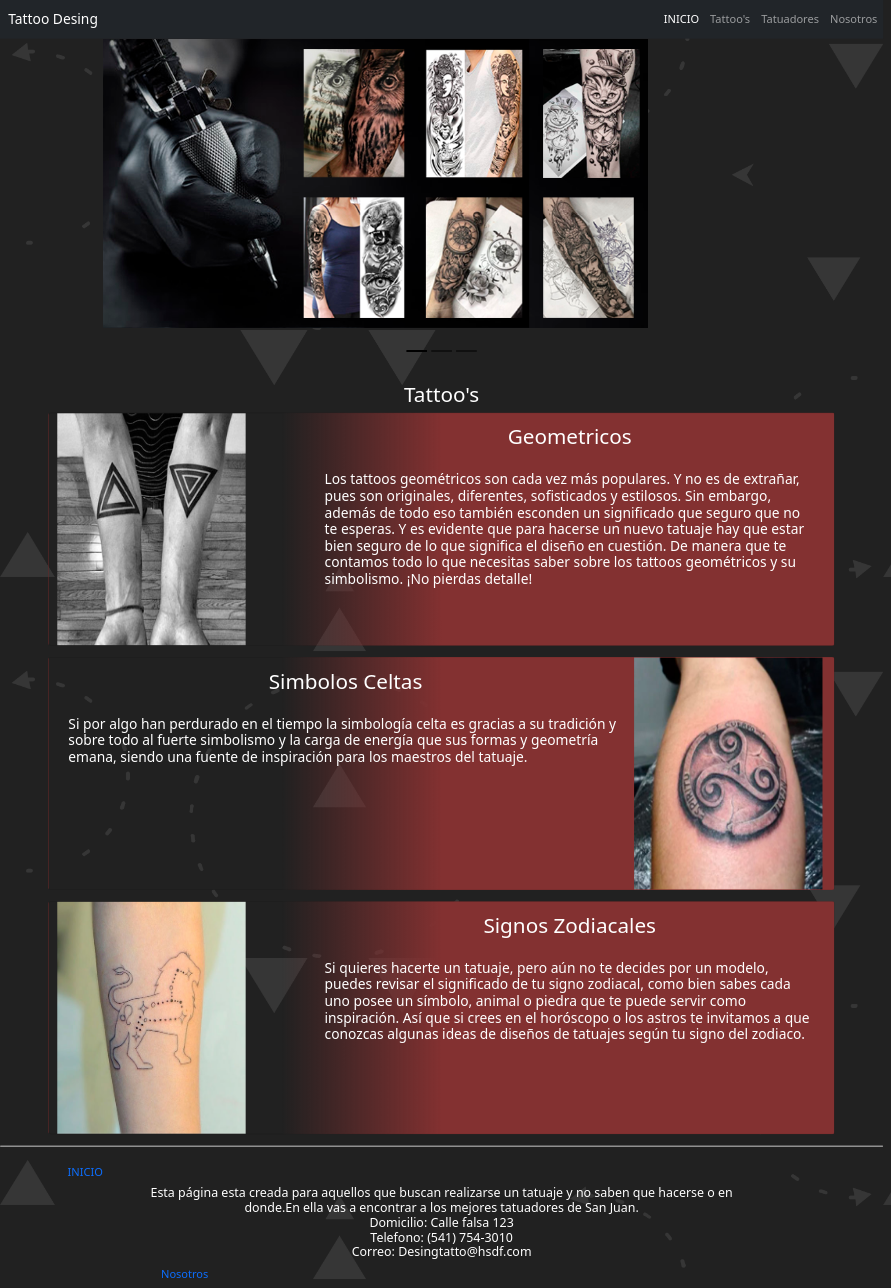
Repository: Vladimir-22/TatooDesign
Page: index.html
An editor plug-in stored every save of this project. The page is shown before and after the next save, followed by the edit.
The browser window is 1280 px wide. The page is 1292 px wide, so the pictures cover 1292 px, including what lies to the right of the window. The pictures show the whole page, at 69% of full size.
Some web libraries are served in a nearby version.

Above is the page before, as saved 2021-05-19 22:18:24.

### index.html
<!DOCTYPE html>
<html lang="es">
  <head>
    <meta charset="UTF-8" />
    <meta http-equiv="X-UA-Compatible" content="IE=edge" />
    <meta name="viewport" content="width=device-width, initial-scale=1.0" />
    <link
      href="https://cdn.jsdelivr.net/npm/bootstrap@5.0.0-beta3/dist/css/bootstrap.min.css"
      rel="stylesheet"
      integrity="sha384-eOJMYsd53ii+scO/bJGFsiCZc+5NDVN2yr8+0RDqr0Ql0h+rP48ckxlpbzKgwra6"
      crossorigin="anonymous"
    />
    <script
      src="https://cdn.jsdelivr.net/npm/bootstrap@5.0.0-beta3/dist/js/bootstrap.bundle.min.js"
      integrity="sha384-JEW9xMcG8R+pH31jmWH6WWP0WintQrMb4s7ZOdauHnUtxwoG2vI5DkLtS3qm9Ekf"
      crossorigin="anonymous"
    ></script>
    <script
      src="https://cdn.jsdelivr.net/npm/bootstrap@5.0.0-beta3/dist/js/bootstrap.bundle.min.js"
      integrity="sha384-JEW9xMcG8R+pH31jmWH6WWP0WintQrMb4s7ZOdauHnUtxwoG2vI5DkLtS3qm9Ekf"
      crossorigin="anonymous"
    ></script>
    <script
      src="https://cdn.jsdelivr.net/npm/@popperjs/core@2.9.1/dist/umd/popper.min.js"
      integrity="sha384-SR1sx49pcuLnqZUnnPwx6FCym0wLsk5JZuNx2bPPENzswTNFaQU1RDvt3wT4gWFG"
      crossorigin="anonymous"
    ></script>
    <script
      src="https://cdn.jsdelivr.net/npm/bootstrap@5.0.0-beta3/dist/js/bootstrap.min.js"
      integrity="sha384-j0CNLUeiqtyaRmlzUHCPZ+Gy5fQu0dQ6eZ/xAww941Ai1SxSY+0EQqNXNE6DZiVc"
      crossorigin="anonymous"
    ></script>
    <link
      rel="stylesheet"
      href="https://use.fontawesome.com/releases/v5.8.1/css/all.css"
      integrity="sha384-50oBUHEmvpQ+1lW4y57PTFmhCaXp0ML5d60M1M7uH2+nqUivzIebhndOJK28anvf"
      crossorigin="anonymous"
    />
    <link rel="stylesheet" href="css/styles.css" />
    <title>Tattoo Desing</title>
  </head>

  <body>
    <nav class="navbar navbar-expand-lg navbar-dark bg-dark">
      <div class="container-fluid">
        <!-- <i class="fas fa-bars"></i> -->

        <div class="col-md-9">
          <a class="navbar-brand" href="#">Tattoo Desing</a>

          <button
            class="navbar-toggler"
            type="button"
            data-bs-toggle="collapse"
            data-bs-target="#navbarNav"
            aria-controls="navbarNav"
            aria-expanded="false"
            aria-label="Toggle navigation"
          >
            <span class="navbar-toggler-icon"></span>
          </button>
        </div>

        <div class="col-md-3 collapse navbar-collapse" id="navbarNav">
          <ul class="navbar-nav">
            <li class="nav-item">
              <a class="nav-link active" aria-current="page" href="#">INICIO</a>
            </li>
            <li class="nav-item">
              <a class="nav-link" href="tattoo's.html">Tattoo's</a>
            </li>
            <li class="nav-item">
              <a class="nav-link" href="tatuadores.html">Tatuadores</a>
            </li>
            <li class="nav-item">
              <a
                class="nav-link"
                href="nosotros.html"
                tabindex="-1"
                aria-disabled="true"
                >Nosotros</a
              >
            </li>
          </ul>
        </div>
      </div>
    </nav>

    <div class="container">
      <div class="row" id="carrusel">
        <div
          id="carouselExampleDark"
          class="carousel carousel-dark slide"
          data-bs-ride="carousel"
        >
          <div class="carousel-indicators">
            <button
              type="button"
              data-bs-target="#carouselExampleDark"
              data-bs-slide-to="0"
              class="active"
              aria-current="true"
              aria-label="Slide 1"
            ></button>
            <button
              type="button"
              data-bs-target="#carouselExampleDark"
              data-bs-slide-to="1"
              aria-label="Slide 2"
            ></button>
            <button
              type="button"
              data-bs-target="#carouselExampleDark"
              data-bs-slide-to="2"
              aria-label="Slide 3"
            ></button>
          </div>

          <div class="carousel-inner">
            <div class="carousel-item active" data-bs-interval="10000">
              <img
                id="imgCarrusel"
                src="./Agos/Carrusel/trae-tu-diseño.png"
                class="d-block w-20"
                alt="..."
              />
              <!-- <div class="carousel-caption d-none d-md-block">
                            <h5>First slide label</h5>
                            <p>Some representative placeholder content for the first slide.</p>
                        </div> -->
            </div>
            <div class="carousel-item" data-bs-interval="4000">
              <img
                id="imgCarrusel"
                src="./Agos/Carrusel/Tendencias.png"
                class="d-block w-20"
                alt="..."
              />
              <!-- <div class="carousel-caption d-none d-md-block">
                            <h5>Second slide label</h5>
                            <p>Some representative placeholder content for the second slide.</p>
                        </div> -->
            </div>
            <div class="carousel-item" data-bs-interval="2000">
              <img
                id="imgCarrusel"
                src="./Agos/Carrusel/Tatuadores-banner.png"
                class="d-block w-20"
                alt="..."
              />
              <!-- <div class="carousel-caption d-none d-md-block">
                            <h5>Third slide label</h5>
                            <p>Some representative placeholder content for the third slide.</p>
                        </div> -->
            </div>
          </div>

          <!-- <button class="carousel-control-prev" type="button" data-bs-target="#carouselExampleDark" data-bs-slide="prev">
                  <span class="carousel-control-prev-icon" aria-hidden="true"></span>
                  <span class="visually-hidden">Previous</span>
                </button>
                <button class="carousel-control-next" type="button" data-bs-target="#carouselExampleDark" data-bs-slide="next">
                  <span class="carousel-control-next-icon" aria-hidden="true"></span>
                  <span class="visually-hidden">Next</span>
                </button> -->
        </div>
      </div>

      <div class="row section2 text-center">
        <h1>Tattoo's</h1>
      </div>

      <div class="row">
        <!-- <div class="card mb-3">
                <img src="./Pedro/Categorías - Signos Zodiacales/Simbolos Celtas.PNG" class="card-img-top" alt="...">
                <div class="card-body">
                    <h5 class="card-title">Card title</h5>
                    <p class="card-text">This is a wider card with supporting text below as a natural lead-in to additional content. This content is a little bit longer.</p>
                    <p class="card-text"><small class="text-muted">Last updated 3 mins ago</small></p>
                </div>
            </div> -->

        <div id="Geometricos" class="card mb-3" style="max-width: auto">
          <div class="row g-0">
            <div class="col-md-4">
              <img
                id="imagen"
                src="./Pedro/Categorías - descripcion inicio/Tatuajes Geometricos.jpg"
                alt="..."
              />
            </div>
            <div class="col-md-8">
              <div class="card-body">
                <h1 class="card-title">Geometricos</h1>
                <br />
                <h5 id="descrip-gral" class="card-text">
                  Los tattoos geométricos son cada vez más populares. Y no es de
                  extrañar, pues son originales, diferentes, sofisticados y
                  estilosos. Sin embargo, además de todo eso también esconden un
                  significado que seguro que no te esperas. Y es evidente que
                  para hacerse un nuevo tatuaje hay que estar bien seguro de lo
                  que significa el diseño en cuestión. De manera que te contamos
                  todo lo que necesitas saber sobre los tattoos geométricos y su
                  simbolismo. ¡No pierdas detalle!
                </h5>
                <!-- <p class="card-text"><small class="text-muted">Última actualización 3 minutos</small></p> -->
              </div>
            </div>
          </div>
        </div>

        <div id="Celtas" class="card mb-3" style="max-width: auto">
          <div class="row g-0">
            <div class="col-md-9">
              <div class="card-body">
                <h1 class="card-title">Simbolos Celtas</h1>
                <br />
                <h5 id="descrip-gral" class="card-text">
                  Si por algo han perdurado en el tiempo la simbología celta es
                  gracias a su tradición y sobre todo al fuerte simbolismo y la
                  carga de energía que sus formas y geometría emana, siendo una
                  fuente de inspiración para los maestros del tatuaje.
                </h5>
                <!-- <p class="card-text"><small class="text-muted">Última actualización 3 minutos</small></p> -->
              </div>
            </div>
            <div class="col-md-3">
              <img
                id="imagen"
                src="./Pedro/Categorías - descripcion inicio/Simbolos Celtas.jpg"
                alt="..."
              />
            </div>
          </div>
        </div>

        <div id="Zodiacales" class="card mb-3" style="max-width: auto">
          <div class="row g-0">
            <div class="col-md-4">
              <img
                id="imagen"
                src="./Pedro/Categorías - descripcion inicio/Signos Zodiacales.jpg"
                alt="..."
              />
            </div>
            <div class="col-md-8">
              <div class="card-body">
                <h1 class="card-title">Signos Zodiacales</h1>
                <br />
                <h5 id="descrip-gral" class="card-text">
                  Si quieres hacerte un tatuaje, pero aún no te decides por un
                  modelo, puedes revisar el significado de tu signo zodiacal,
                  como bien sabes cada uno posee un símbolo, animal o piedra que
                  te puede servir como inspiración. Así que si crees en el
                  horóscopo o los astros te invitamos a que conozcas algunas
                  ideas de diseños de tatuajes según tu signo del zodiaco.
                </h5>
                <!-- <p class="card-text"><small class="text-muted">Última actualización 3 minutos</small></p> -->
              </div>
            </div>
          </div>
        </div>
      </div>
    </div>
  </body>
  <footer>
    <div class="footer" id="footer">
      <div id="footer" class="card mb-3" style="auto"></div>
        <div class="container">
            <div class="row">
                <div class="col-md-2">
                        <a class="nav-link active" aria-current="page" href="#">INICIO</a>
                    </div>
                </div>
                <div class="col-md-2"></div>
            </div>
            <div class="row">
                <div class="col"></div>

                <div class="col-md-8">
                    <h3 id="descrip-gral" class="card-text">
                        Esta página esta creada para aquellos que buscan realizarse un
                        tatuaje y no saben que hacerse o en donde.En ella vas a
                        encontrar a los mejores tatuadores de San Juan.<br />
                        Domicilio: Calle falsa 123<br />
                        Telefono: (541) 754-3010<br />
                        Correo: Desingtatto@hsdf.com<br />
                    </h3>
                </div>

                <div class="col"></div>
            </div>
            <div class="row">
                <div class="col-md-2"></div>
                <div class="col-md-2">
                    <a class="nav-link" href="nosotros.html" tabindex="-1" aria-disabled="true" >Nosotros</a>
                </div>
            </div>
      </div>
    </div>
  </footer>
</html>

### css/styles.css
body {
    margin: 0 !important;
    padding: 0;
    position: relative;
    /*width: 1440px;
    height: 1024px;*/
    background: #212121;
    background-image: url(../Daniela/Background.png);
    background-position: center;
    background-size: contain;
    /* font-family: NanumGothic; */
}

.section2 {
    margin-top: 7%;
    color: white;
}

.section3 {
    margin-top: 3%;
    color: white;
}

h1 {
    font-size: 30px;
}

h2 {
    font-size: 21px;
}

h3 {
    font-size: 18px;
}

h1,
h2,
h3 {
    color: white;
    text-align: center;
}


/*.card img {
    width: 30%;
    height: 30%;
    align-content: center;
} */

nav {
    position: absolute;
    left: 0% !important;
    right: 0% !important;
    top: 0% !important;
    bottom: 0% !important;
    background: #000000 !important;
}

.carousel-indicators {
    left: 0% !important;
    right: 0% !important;
    top: 105% !important;
    bottom: 0% !important;
    margin-top: 0% !important;
}

.carousel-inner {
    left: 6% !important;
    right: 0% !important;
    top: 0% !important;
}



#Geometricos,
#Celtas,
#Zodiacales{
    background: linear-gradient(270deg, #833131 50%, rgba(131, 49, 49, 0) 70.34%);
    border-radius: 4px;
}

#nosotros
{
    background: none;
}

#descrip-gral {
    color: white;
}

#imagen {
    width: 273px;
    height: 336px;
}

#Celtas #imagen {
    right: 100% !important;
    top: 660px;
}

After the next save:
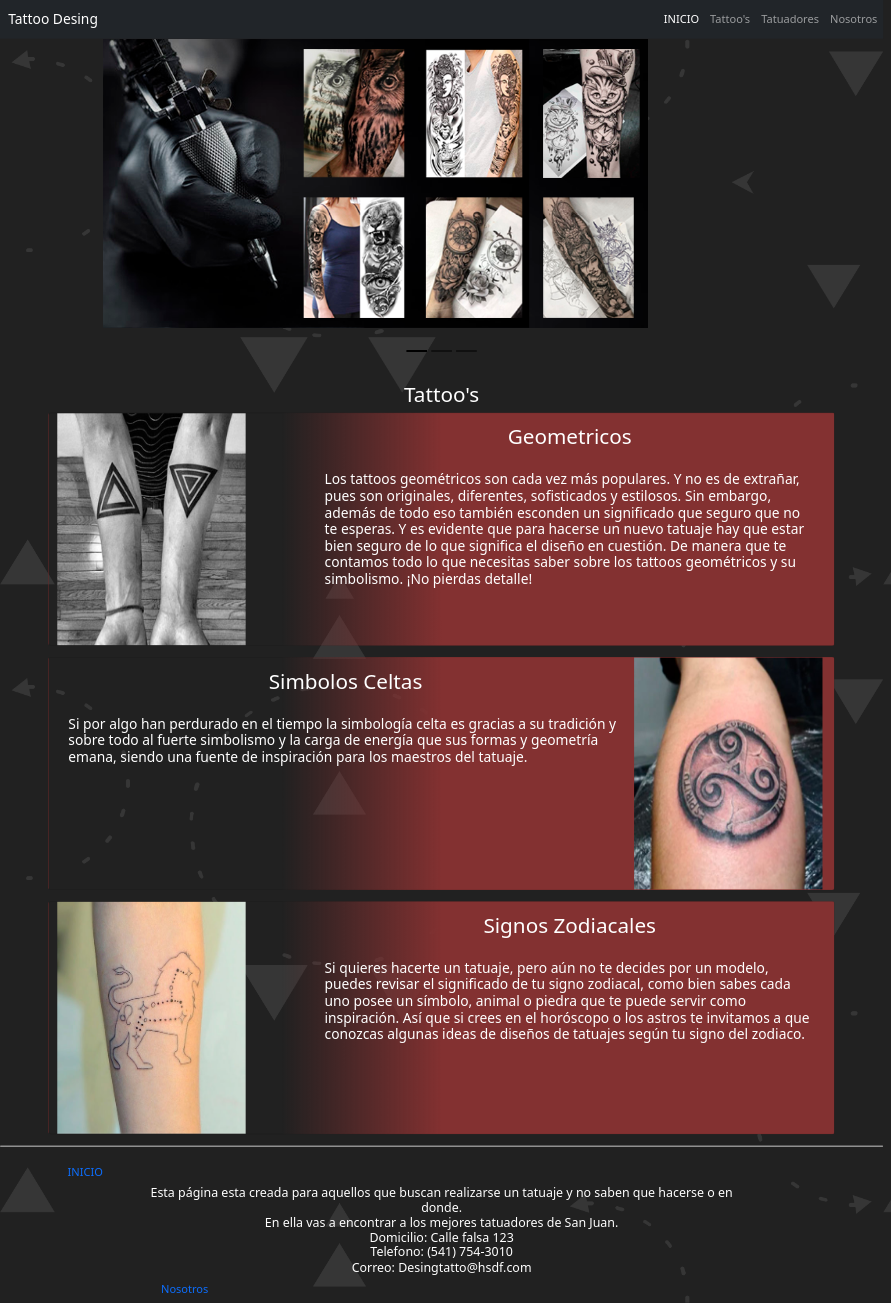
Saved 51 s later.
--- a/index.html
+++ b/index.html
@@ -280,11 +280,11 @@
                 <div class="col-md-8">
                     <h3 id="descrip-gral" class="card-text">
                         Esta página esta creada para aquellos que buscan realizarse un
-                        tatuaje y no saben que hacerse o en donde.En ella vas a
-                        encontrar a los mejores tatuadores de San Juan.<br />
-                        Domicilio: Calle falsa 123<br />
-                        Telefono: (541) 754-3010<br />
-                        Correo: Desingtatto@hsdf.com<br />
+                        tatuaje y no saben que hacerse o en donde. <br>
+                        En ella vas a encontrar a los mejores tatuadores de San Juan.<br>
+                        Domicilio: Calle falsa 123<br>
+                        Telefono: (541) 754-3010<br>
+                        Correo: Desingtatto@hsdf.com<br>
                     </h3>
                 </div>
 
